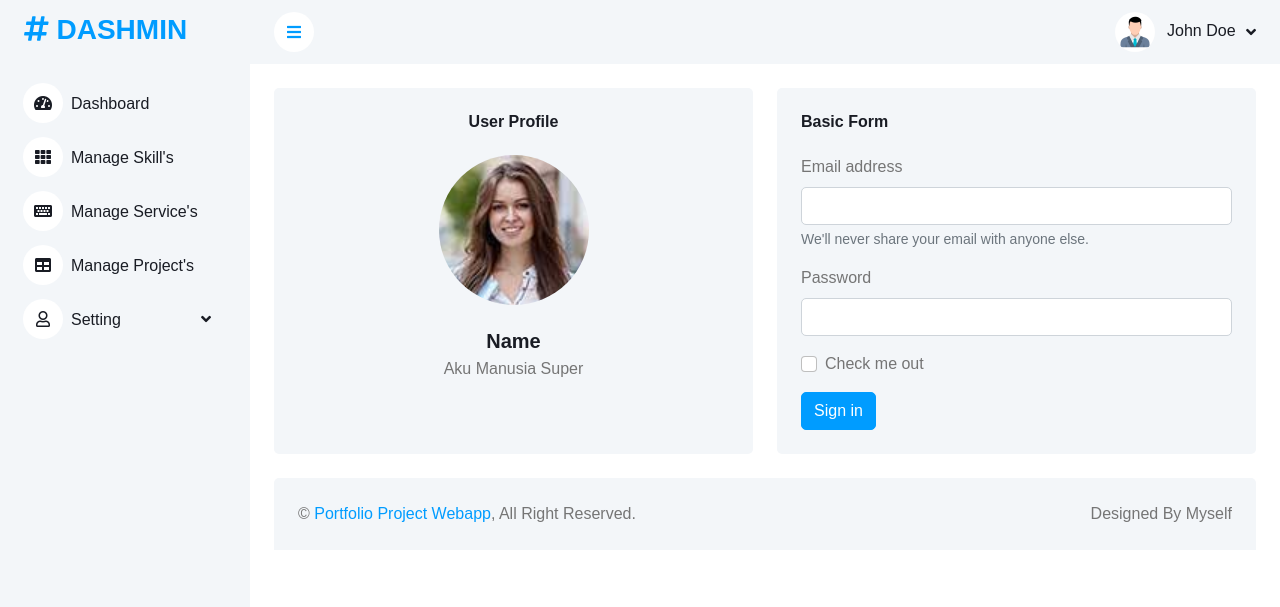
Repository: h4fizm/management-portfolio-project-webapp
Page: http://localhost/profile
The author's editor kept a copy of each file at every save. The page is drawn from the files as they stood at one save, then again after a run of saves.
The browser window is 1280 px wide. The pictures show the whole page.
Some web fonts or font styles are not loaded; a fallback is used. Some web libraries are served in a nearby version. The page is served by the project's Laravel application, run on PHP 8.4 with Laravel 12. A made-up administrator, Test User (test@example.com), is signed in.

Above is the page before, as saved 2025-01-15 03:06:11.
Console error: TypeError: Cannot read properties of undefined (reading 'getContext')

After the next 2 saves:
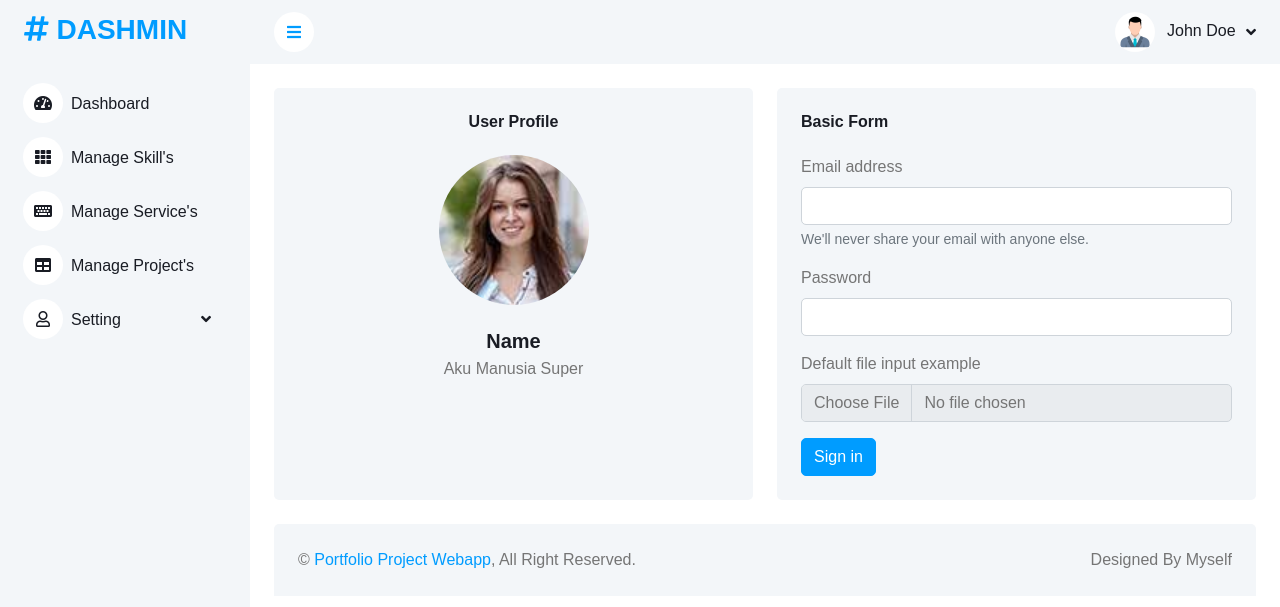
The 2 saves are shown as one change because they came seconds apart.
The last was saved 62 s later.
--- a/resources/views/menu/profile.blade.php
+++ b/resources/views/menu/profile.blade.php
@@ -32,10 +32,10 @@
                         <label for="exampleInputPassword1" class="form-label">Password</label>
                         <input type="password" class="form-control" id="exampleInputPassword1">
                     </div>
-                    <div class="mb-3 form-check">
-                        <input type="checkbox" class="form-check-input" id="exampleCheck1">
-                        <label class="form-check-label" for="exampleCheck1">Check me out</label>
-                    </div>
+                    <div class="mb-3">
+                                <label for="formFile" class="form-label">Default file input example</label>
+                                <input class="form-control" type="file" id="formFile">
+                            </div>
                     <button type="submit" class="btn btn-primary">Sign in</button>
                 </form>
             </div>
